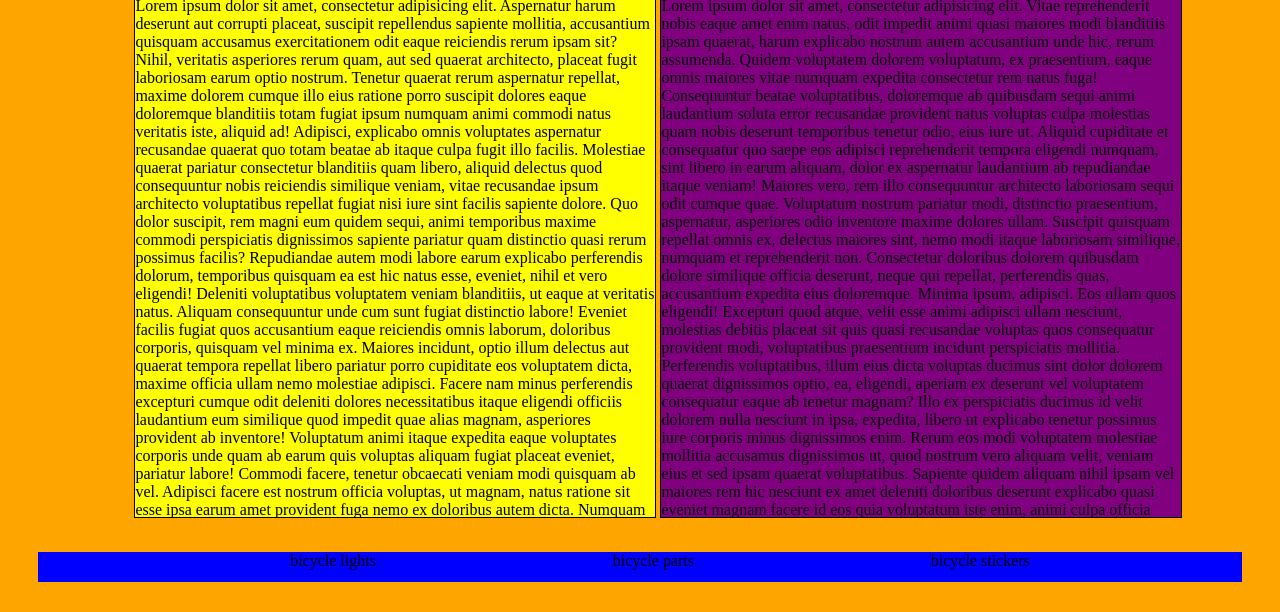
Repository: Danieldev28/Responsive-Web
Page: index.html
The author's editor kept a record of every edit. The page is drawn from the files as they stood at one moment, then again after the next edit.
The browser window is 1280 px wide. The pictures show the part of the page from y = 502 to 1114 px (the page is 1114 px tall).
A picture or video elsewhere on the page could not be fetched, so the positions and the page height are approximate. An inner scrolling area shows only its first screen.

Above is the page before.

### index.html
<!DOCTYPE html>
<html lang="en">
<head>
    <meta charset="UTF-8">
    <meta name="viewport" content="width=device-width, initial-scale=1.0">
    <meta http-equiv="X-UA-Compatible" content="ie=edge">
    <title>Document</title>
    <link rel="stylesheet"href="style.css"type="text/css">
</head>
<body>
    <nav>
   <ul>
       <li>Red bicycle</li>
       <li>Blue bicycle</li>
       <li>Green bicycle</li>
   </ul>
    </nav>
    <!--Introduction-->
    <header>
        <div class="content-wrap">
         <p>This is some text that will go inside. I hope that you have heard of
         <a href="https://www.blogto.com/sports_play/2015/04/the_top_25_bike_stores_in_toronto_by_neighbourhood/"target="_blank">List of bikes shops in Toronto</a></p>
         <img src="http://ridenicebike.com/site/wp-content/uploads/2017/09/DSC_1904-555x370.jpg" alt="This page is about bicycles" class="col-narrow">
             <div class="col-wide">
        <h1> This is the title of my page</h1>
        <h2> this is some more descripton</h2>
        <p>fasdfdsagfahfhgdshdfhfdhfdshafgagfasg paragraph.</p>
        </div>
    </div>
    </header>
    <!--main content-->
    <section class="category">
        <div class="content-wrap">
        <div id="borderbox1">Lorem ipsum dolor sit amet, consectetur adipisicing elit. Aspernatur harum deserunt aut corrupti placeat, suscipit repellendus sapiente mollitia, accusantium quisquam accusamus exercitationem odit eaque reiciendis rerum ipsam sit? Nihil, veritatis asperiores rerum quam, aut sed quaerat architecto, placeat fugit laboriosam earum optio nostrum. Tenetur quaerat rerum aspernatur repellat, maxime dolorem cumque illo eius ratione porro suscipit dolores eaque doloremque blanditiis totam fugiat ipsum numquam animi commodi natus veritatis iste, aliquid ad! Adipisci, explicabo omnis voluptates aspernatur recusandae quaerat quo totam beatae ab itaque culpa fugit illo facilis. Molestiae quaerat pariatur consectetur blanditiis quam libero, aliquid delectus quod consequuntur nobis reiciendis similique veniam, vitae recusandae ipsum architecto voluptatibus repellat fugiat nisi iure sint facilis sapiente dolore. Quo dolor suscipit, rem magni eum quidem sequi, animi temporibus maxime commodi perspiciatis dignissimos sapiente pariatur quam distinctio quasi rerum possimus facilis? Repudiandae autem modi labore earum explicabo perferendis dolorum, temporibus quisquam ea est hic natus esse, eveniet, nihil et vero eligendi! Deleniti voluptatibus voluptatem veniam blanditiis, ut eaque at veritatis natus. Aliquam consequuntur unde cum sunt fugiat distinctio labore! Eveniet facilis fugiat quos accusantium eaque reiciendis omnis laborum, doloribus corporis, quisquam vel minima ex. Maiores incidunt, optio illum delectus aut quaerat tempora repellat libero pariatur porro cupiditate eos voluptatem dicta, maxime officia ullam nemo molestiae adipisci. Facere nam minus perferendis excepturi cumque odit deleniti dolores necessitatibus itaque eligendi officiis laudantium eum similique quod impedit quae alias magnam, asperiores provident ab inventore! Voluptatum animi itaque expedita eaque voluptates corporis unde quam ab earum quis voluptas aliquam fugiat placeat eveniet, pariatur labore! Commodi facere, tenetur obcaecati veniam modi quisquam ab vel. Adipisci facere est nostrum officia voluptas, ut magnam, natus ratione sit esse ipsa earum amet provident fuga nemo ex doloribus autem dicta. Numquam eos quam, perferendis facilis voluptatem laboriosam veniam aut dicta sapiente, repellat id. Nulla, libero recusandae est exercitationem quasi nam qui, delectus hic ducimus eius perferendis earum aliquid distinctio beatae ipsa odio. Sint earum aspernatur, amet atque in assumenda! Dolorum iste, pariatur quo omnis. Quidem eveniet voluptatum enim dicta voluptatibus delectus numquam, fuga ipsa eos, dolorem mollitia quos iure nihil, maxime quas accusamus similique! Reprehenderit quod doloribus excepturi ex error tempora sed dolorem nulla vitae! Architecto quis, officiis debitis. Voluptatum fugiat fuga, temporibus repudiandae vero minus excepturi optio incidunt, culpa hic harum, ratione ipsam in rerum delectus quos soluta maxime commodi laborum non illum neque aliquid nihil deleniti. Ut ea, porro eum corporis odit maxime provident nulla asperiores deserunt autem sunt, sequi, praesentium neque architecto officia explicabo, sed? Sint tempore tempora quos rem saepe! Quo quod tenetur asperiores, et, cumque vel rem natus reiciendis, sunt voluptatem numquam error quos dolor reprehenderit nisi nesciunt iure, pariatur. Culpa id facere sit ab quibusdam repellat ducimus reiciendis, ad atque cum dolorem sed enim accusantium nobis qui ea, ut facilis quidem voluptatibus minima eos beatae nemo blanditiis aliquam! Doloribus quo accusantium omnis necessitatibus rerum sunt, rem id consequuntur quidem facere facilis quis dolores, asperiores ab modi, velit commodi eaque sint et? Amet possimus iste quam recusandae rem.</div>
        <div id="borderbox2">Lorem ipsum dolor sit amet, consectetur adipisicing elit. Vitae reprehenderit nobis eaque amet enim natus, odit impedit animi quasi maiores modi blanditiis ipsam quaerat, harum explicabo nostrum autem accusantium unde hic, rerum assumenda. Quidem voluptatem dolorem voluptatum, ex praesentium, eaque omnis maiores vitae numquam expedita consectetur rem natus fuga! Consequuntur beatae voluptatibus, doloremque ab quibusdam sequi animi laudantium soluta error recusandae provident natus voluptas culpa molestias quam nobis deserunt temporibus tenetur odio, eius iure ut. Aliquid cupiditate et consequatur quo saepe eos adipisci reprehenderit tempora eligendi numquam, sint libero in earum aliquam, dolor ex aspernatur laudantium ab repudiandae itaque veniam! Maiores vero, rem illo consequuntur architecto laboriosam sequi odit cumque quae. Voluptatum nostrum pariatur modi, distinctio praesentium, aspernatur, asperiores odio inventore maxime dolores ullam. Suscipit quisquam repellat omnis ex, delectus maiores sint, nemo modi itaque laboriosam similique, numquam et reprehenderit non. Consectetur doloribus dolorem quibusdam dolore similique officia deserunt, neque qui repellat, perferendis quas, accusantium expedita eius doloremque. Minima ipsum, adipisci. Eos ullam quos eligendi! Excepturi quod atque, velit esse animi adipisci ullam nesciunt, molestias debitis placeat sit quis quasi recusandae voluptas quos consequatur provident modi, voluptatibus praesentium incidunt perspiciatis mollitia. Perferendis voluptatibus, illum eius dicta voluptas ducimus sint dolor dolorem quaerat dignissimos optio, ea, eligendi, aperiam ex deserunt vel voluptatem consequatur eaque ab tenetur magnam? Illo ex perspiciatis ducimus id velit dolorem nulla nesciunt in ipsa, expedita, libero ut explicabo tenetur possimus iure corporis minus dignissimos enim. Rerum eos modi voluptatem molestiae mollitia accusamus dignissimos ut, quod nostrum vero aliquam velit, veniam eius et sed ipsam quaerat voluptatibus. Sapiente quidem aliquam nihil ipsam vel maiores rem hic nesciunt ex amet deleniti doloribus deserunt explicabo quasi eveniet magnam facere id eos quia voluptatum iste enim, animi culpa officia ipsa! Praesentium id fugit perspiciatis provident quam neque architecto officiis consequatur ipsum doloremque ipsa quibusdam aliquam adipisci, consequuntur excepturi quia sed nesciunt incidunt deserunt ipsam, vitae laboriosam non deleniti quis saepe! Eius libero expedita ea vel consectetur corrupti illo iure assumenda. Delectus architecto totam ipsa aliquid ex facere corrupti itaque perferendis aperiam obcaecati expedita repellat, adipisci amet temporibus odio quo alias. Vitae aperiam neque, ad animi at amet repellendus nam pariatur minus placeat sapiente modi id quidem quam voluptatum sed tempora ea omnis quis reiciendis perspiciatis! Voluptatum in, exercitationem qui eligendi ullam mollitia omnis magni perspiciatis praesentium voluptates hic voluptate cupiditate possimus incidunt aliquid unde recusandae, ut, sunt a facilis. Eligendi earum doloremque autem aperiam dolorem quo, similique quis quia, quos tempora officia. Dolorum iste cumque asperiores, repellat fugit ad ducimus, corporis quod, eos dicta laborum aperiam. Repudiandae eaque, voluptatem consectetur dolorem voluptas magni animi nihil asperiores, totam quam! Veniam eligendi reiciendis, repellat blanditiis rem error natus similique illum. Voluptate architecto doloremque delectus dignissimos iste reiciendis aut vel perferendis est. Voluptatum nemo, aliquid quidem commodi libero corporis distinctio sunt, officia, similique natus rem error est itaque nam fugit placeat voluptas laborum. Modi quidem dolor laborum voluptatem cum? Odit a sint dolores dolor, quaerat animi consequatur mollitia, impedit, expedita nisi, eveniet cumque nihil.</div>
    </section>

    <!--end of my page-->
    <footer>
     <div class="footer">
     <nav>
   <ul>
       <li>bicycle lights</li>
       <li>bicycle parts</li>
       <li>bicycle stickers</li>
   </ul>
    </nav>
    </div>
    </footer>

























   <!--
    <p>This is some text that will go inside. I hope that you have heard of
       <a href="https://www.blogto.com/sports_play/2015/04/the_top_25_bike_stores_in_toronto_by_neighbourhood/"target="_blank">List of bikes shops in Toronto</a></p>

            <h2>bicycle one</h2>
            <aricle>
                <p>dsflds;hafldsklfdhfds</p>
            <div class="card">
            <a href="http://ridenicebike.com/site/">
            <img src="http://ridenicebike.com/site/wp-content/uploads/2017/09/DSC_1904-555x370.jpg"></a>
            <h2>My 1st Nice Bike</h2>
            </div>
            </article>
           <h2>bicycle two</h2>
            <div class="card">
            <a href="http://ridenicebike.com/site/">
            <img src="http://blog.fairwheelbikes.com/wp-content/uploads/2017/10/Parlee_Altum_1_SM.jpg"></a>
            <h2>My second Bicycle/h2>
-->
</body>
</html>

### style.css
nav ul {
 list-style:none;
 background-color:red;
 text-align:center;
 width 30px;
 height:30px;
}
nav li {
 display:inline-block;
 margin-left: 10%;
 margin-right:10%;


}

.col-narrow {
 width:25%;
 height:25%;

}
h1 {
 text-align: center;
 text-decoration:underline;
 letter-spacing:5px;
 text-transform: Capitalize;
 font-style:italic;
 text-shadow: 5px 10px 0px #777;
}
footer nav ul{
 background-color:blue;
 margin:30px;

}
body {
 background-color: orange;

}
#borderbox1 {
 width: 520px;
 height: 520px;
 border:1px solid black;
 display:inline-block;
 margin-left:10%;
 background-color:yellow;
 overflow:scroll;

}

#borderbox2 {
 width: 520px;
 height: 520px;
 border:1px solid black;
 display:inline-block;
 margin-right:2.5%;
 background-color: purple;
 overflow:scroll;

}
@media(min-width:700px){
 #borderbox1{
  background color: maroon;

}
#borderbox2{
 background color: black;
}
}

After the next edit:
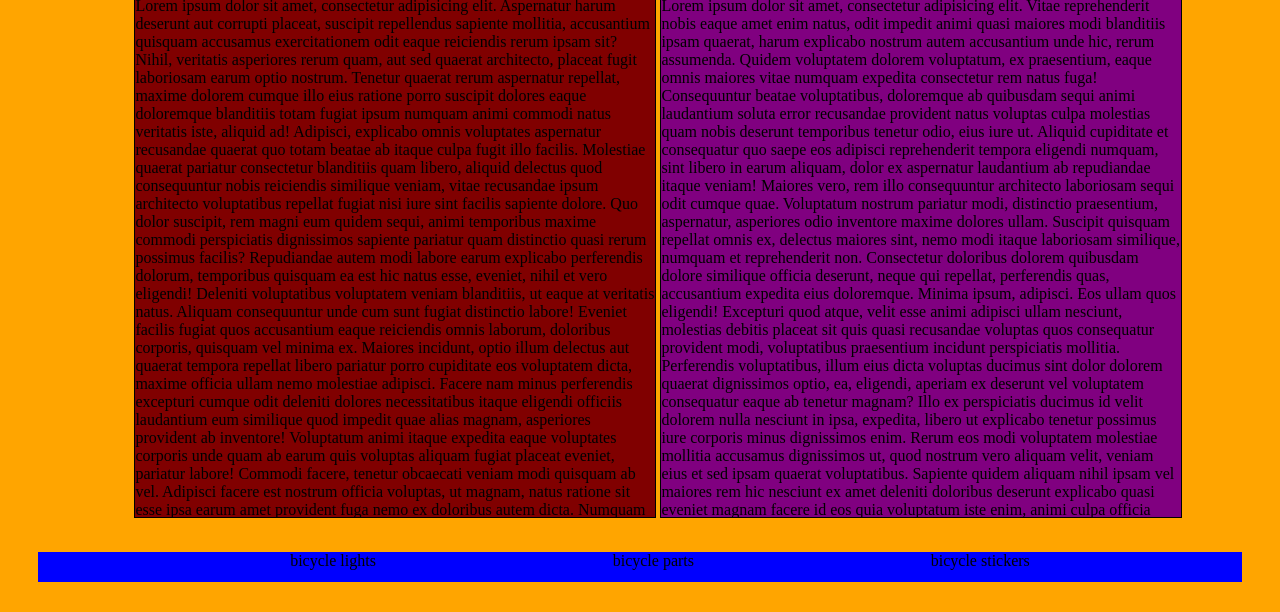
The edit:
--- a/style.css
+++ b/style.css
@@ -57,8 +57,8 @@
 
 }
 @media(min-width:700px){
- #borderbox1{
-  background color: maroon;
+ #borderbox1 {
+  background-color: maroon;
 
 }
 #borderbox2{
